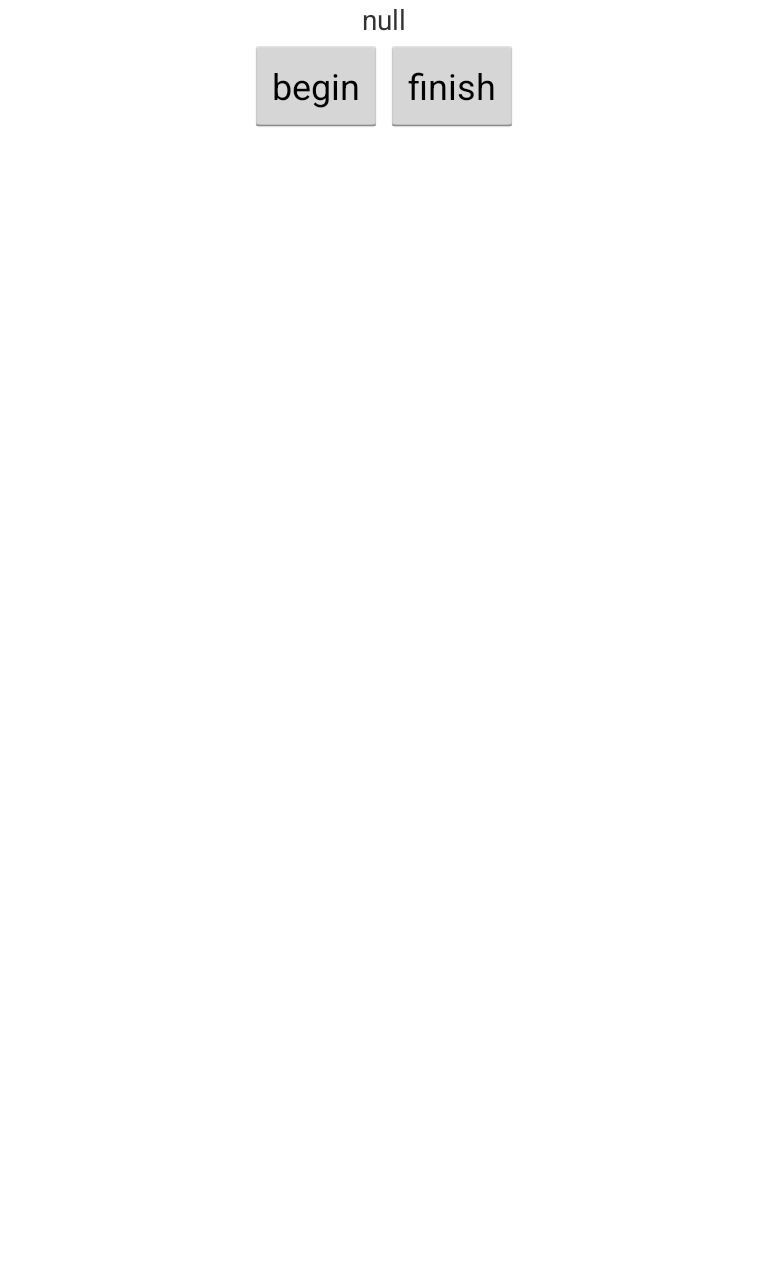
Repository: ShigerD/AndroidSample
Layout: Sample/Sample13/Sample13_5/Recode/res/layout/activity_main.xml
An editor plug-in stored every save of this project. The layout is shown before and after the next save, followed by the edit.
It is drawn on a 768 x 1280 px phone screen (xhdpi) without system bars, with theme AppTheme; the app's code is not run.

Above is the layout before, as saved 2016-08-19 04:07:14.

### Sample/Sample13/Sample13_5/Recode/res/layout/activity_main.xml
<LinearLayout xmlns:android="http://schemas.android.com/apk/res/android"
    xmlns:tools="http://schemas.android.com/tools"
        android:layout_width="fill_parent"
        android:layout_height="fill_parent"
      android:orientation="vertical"
    tools:context="com.example.recode.MainActivity" >






        <TextView
            android:id="@+id/state"
            android:layout_width="wrap_content"
            android:layout_height="wrap_content"
            android:layout_gravity="center_horizontal"
            android:text="@string/state" />



        <LinearLayout
            android:layout_width="fill_parent"
            android:layout_height="fill_parent"
            android:gravity="center_horizontal" >

            <Button
                android:id="@+id/start"
                android:layout_width="wrap_content"
                android:layout_height="wrap_content"
                android:text="@string/start" />

            <Button
                android:id="@+id/stop"
                android:layout_width="wrap_content"
                android:layout_height="wrap_content"
                android:text="@string/stop" />



    </LinearLayout>

</LinearLayout>

### Sample/Sample13/Sample13_5/Recode/res/values/strings.xml
<?xml version="1.0" encoding="utf-8"?>
<resources>

    <string name="app_name">Recode</string>
    <string name="hello_world">Hello world!</string>
    <string name="action_settings">Settings</string>
    <string name="title">RecodeInstance</string>
    <string name="start">begin</string>
    <string name="stop">finish</string>
    <string name="state">null</string>

</resources>

Loaded but not shown: Sample/Sample13/Sample13_5/Recode/res/values/styles.xml (common file); Sample/Sample13/Sample13_5/Recode/res/values-v11/styles.xml (common file); Sample/Sample13/Sample13_5/Recode/res/values-v14/styles.xml (common file)

After the next save:
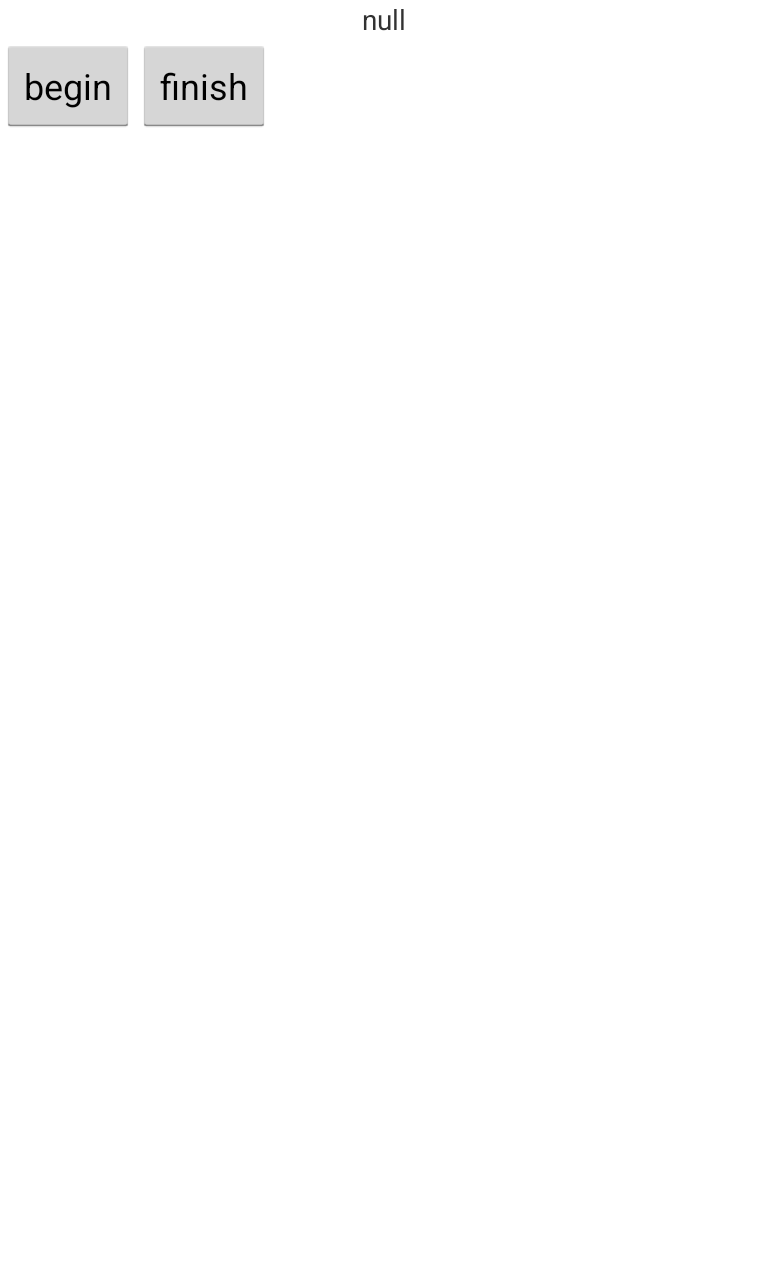
Saved 4 min 18 s later.
--- a/Sample/Sample13/Sample13_5/Recode/res/layout/activity_main.xml
+++ b/Sample/Sample13/Sample13_5/Recode/res/layout/activity_main.xml
@@ -17,11 +17,9 @@
             android:layout_gravity="center_horizontal"
             android:text="@string/state" />
 
-
-
         <LinearLayout
-            android:layout_width="fill_parent"
-            android:layout_height="fill_parent"
+            android:layout_width="wrap_content"
+            android:layout_height="wrap_content"
             android:gravity="center_horizontal" >
 
             <Button
@@ -30,14 +28,13 @@
                 android:layout_height="wrap_content"
                 android:text="@string/start" />
 
+
+
             <Button
                 android:id="@+id/stop"
                 android:layout_width="wrap_content"
                 android:layout_height="wrap_content"
                 android:text="@string/stop" />
-
-
-
-    </LinearLayout>
+        </LinearLayout>
 
 </LinearLayout>
